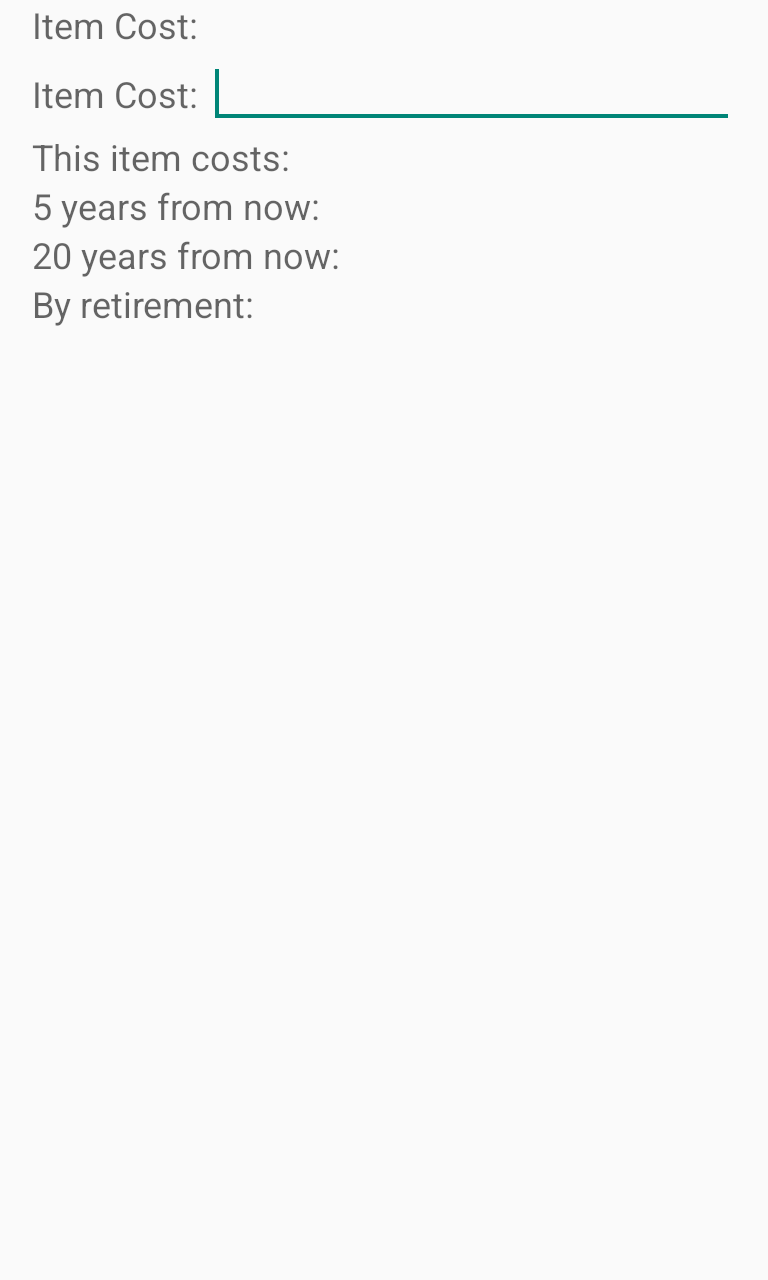
Repository: aallev11/saveit
Layout: ShouldISaveIt/res/layout/lifetimevalue.xml
An editor plug-in stored every save of this project. The layout is shown before and after the next save, followed by the edit.
It is drawn on a 768 x 1280 px phone screen (xhdpi) without system bars, with theme AppTheme; the app's code is not run.

Above is the layout before, as saved 2014-03-30 12:46:32.

### ShouldISaveIt/res/layout/lifetimevalue.xml
<?xml version="1.0" encoding="utf-8"?>
<FrameLayout xmlns:android="http://schemas.android.com/apk/res/android"
    android:layout_width="match_parent"
    android:layout_height="match_parent" >

    <LinearLayout
        android:layout_width="fill_parent"
        android:layout_height="fill_parent"
        android:orientation="vertical"
        android:paddingLeft="16dp"
        android:paddingRight="16dp" >

        <TextView
            android:layout_width="wrap_content"
            android:layout_height="wrap_content"
            android:text="Item Cost: "
            android:textAppearance="?android:attr/textAppearanceMedium" />

        <LinearLayout
            android:layout_width="fill_parent"
            android:layout_height="wrap_content"
            android:orientation="horizontal" >

            <TextView
                android:id="@+id/itemCost"
                android:layout_width="wrap_content"
                android:layout_height="wrap_content"
                android:text="Item Cost: "
                android:textAppearance="?android:attr/textAppearanceMedium" />

            <EditText
                android:id="@+id/editItemCost"
                android:layout_width="match_parent"
                android:layout_height="wrap_content"
                android:ems="10"
                android:inputType="numberDecimal"
                android:width="40dp" >

                <requestFocus />
            </EditText>
        </LinearLayout>

        <TextView
            android:layout_width="fill_parent"
            android:layout_height="wrap_content"
            android:text="This item costs:  "
            android:textAppearance="?android:attr/textAppearanceMedium" />

        <LinearLayout
            android:layout_width="fill_parent"
            android:layout_height="wrap_content"
            android:orientation="horizontal" >

            <TextView
                android:layout_width="wrap_content"
                android:layout_height="wrap_content"
                android:text="5 years from now:  "
                android:textAppearance="?android:attr/textAppearanceMedium" />

            <TextView
                android:id="@+id/edit5years"
                android:layout_width="match_parent"
                android:layout_height="wrap_content"
                android:ems="10"
                android:width="40dp" >
            </TextView>
        </LinearLayout>

        <LinearLayout
            android:layout_width="fill_parent"
            android:layout_height="wrap_content"
            android:orientation="horizontal" >

            <TextView
                android:layout_width="wrap_content"
                android:layout_height="wrap_content"
                android:text="20 years from now:  "
                android:textAppearance="?android:attr/textAppearanceMedium" />

            <TextView
                android:id="@+id/edit20years"
                android:layout_width="match_parent"
                android:layout_height="wrap_content"
                android:ems="10"
                android:width="40dp" >
            </TextView>
        </LinearLayout>

        <LinearLayout
            android:layout_width="fill_parent"
            android:layout_height="wrap_content"
            android:orientation="horizontal" >

            <TextView
                android:layout_width="wrap_content"
                android:layout_height="wrap_content"
                android:text="By retirement:  "
                android:textAppearance="?android:attr/textAppearanceMedium" />

            <TextView
                android:id="@+id/editByRetirement"
                android:layout_width="match_parent"
                android:layout_height="wrap_content"
                android:ems="10"
                android:width="40dp" >
            </TextView>
        </LinearLayout>
    </LinearLayout>

</FrameLayout>

Loaded but not shown: ShouldISaveIt/res/values/styles.xml (common file); ShouldISaveIt/res/values-v11/styles.xml (common file); ShouldISaveIt/res/values-v14/styles.xml (common file)

After the next save:
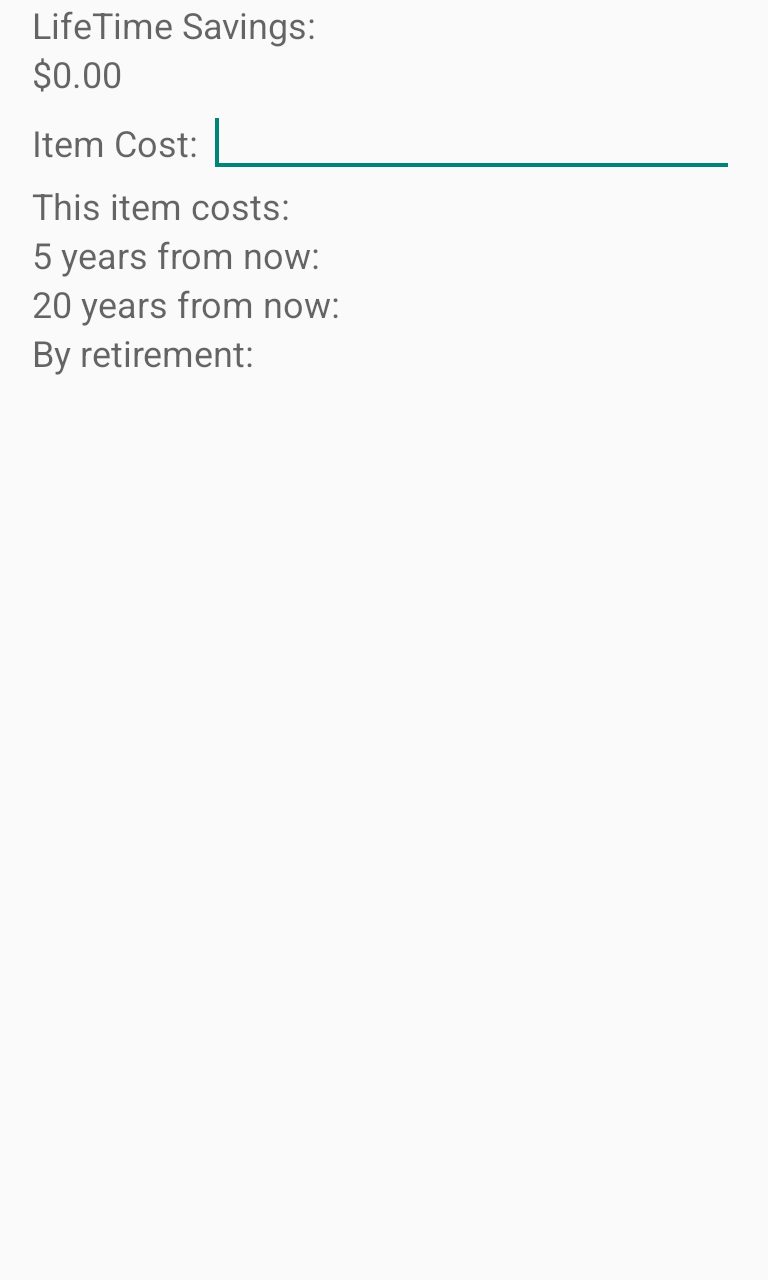
Saved 78 s later.
--- a/ShouldISaveIt/res/layout/lifetimevalue.xml
+++ b/ShouldISaveIt/res/layout/lifetimevalue.xml
@@ -13,8 +13,16 @@
         <TextView
             android:layout_width="wrap_content"
             android:layout_height="wrap_content"
-            android:text="Item Cost: "
+            android:text="LifeTime Savings: "
             android:textAppearance="?android:attr/textAppearanceMedium" />
+
+        <TextView
+                android:id="@+id/lifeTimeSavings"
+                android:layout_width="wrap_content"
+                android:layout_height="wrap_content"
+                android:text="$0.00"
+                android:textAppearance="?android:attr/textAppearanceMedium" />
+
 
         <LinearLayout
             android:layout_width="fill_parent"
